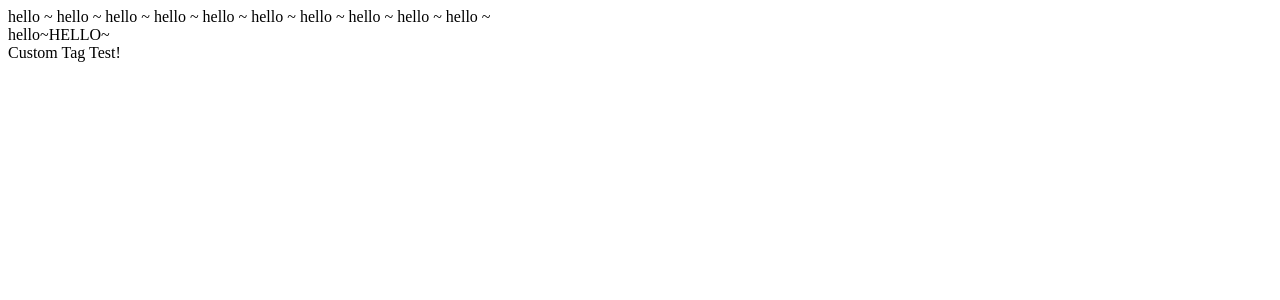
Repository: 1ilsang/17_study_compilation
Page: http://localhost/edu/example24.jsp
These files come from the project's save history. The page is drawn as it stood at one moment and after the next save; the edit follows.
The browser window is 1280 px wide. The pictures show the whole page.
The page is served by Tomcat 9. Other server files are loaded and not shown.

Above is the page before, as saved 2017-05-29 14:18:01.

### FirstServlet/edu/WebContent/example24.jsp
<%@ page language="java" contentType="text/html; charset=UTF-8"
    pageEncoding="UTF-8"%>
<%@ taglib prefix="my2" uri="http://myTags2.com" %>
<!DOCTYPE html PUBLIC "-//W3C//DTD HTML 4.01 Transitional//EN" "http://www.w3.org/TR/html4/loose.dtd">
<html>
<head>
<meta http-equiv="Content-Type" content="text/html; charset=UTF-8">
<title>Insert title here</title>
</head>
<body>
	<my2:second> hello ~ </my2:second><br>
	<my2:third>hello~</my2:third>
	<br> Custom Tag Test!
</body>
</html>

### FirstServlet/edu/src/com/edu/customTag/MyCustomTag2.java
package com.edu.customTag;

import java.io.IOException;

import javax.servlet.jsp.JspException;
import javax.servlet.jsp.tagext.SimpleTagSupport;
import javax.servlet.jsp.tagext.TagExtraInfo;

public class MyCustomTag2 extends SimpleTagSupport{
	@Override
	public void doTag() throws JspException, IOException {
		System.out.println("커스텀 태그의 바디가 실행되기 전");
		for(int i =0;i<10;i++) getJspBody().invoke(null);
		System.out.println("커스텀 태그의 바디가 실행된 후");
	}
}

### FirstServlet/edu/src/com/edu/customTag/MyCustomTag3.java
package com.edu.customTag;

import java.io.IOException;
import java.io.StringWriter;

import javax.servlet.jsp.JspContext;
import javax.servlet.jsp.JspException;
import javax.servlet.jsp.JspWriter;
import javax.servlet.jsp.tagext.JspFragment;
import javax.servlet.jsp.tagext.SimpleTagSupport;

public class MyCustomTag3 extends SimpleTagSupport{
@Override
public void doTag() throws JspException, IOException {
	JspContext context = this.getJspContext();
	JspWriter out = context.getOut();
	JspFragment body = this.getJspBody();

	body.invoke(null);

	StringWriter sw = new StringWriter();
	body.invoke(sw);

	String str = sw.toString();
	out.println(str.toUpperCase());

	return;
}
}

### FirstServlet/edu/src/com/edu/customTag/MyCustomTag4.java
package com.edu.customTag;

import java.io.IOException;

import javax.servlet.jsp.JspContext;
import javax.servlet.jsp.JspException;
import javax.servlet.jsp.JspWriter;
import javax.servlet.jsp.tagext.SimpleTagSupport;

public class MyCustomTag4 extends SimpleTagSupport {

	private int num1;
	private int num2;

	public int getNum1() {
		return num1;
	}

	public void setNum1(int num1) {
		this.num1 = num1;
	}

	public int getNum2() {
		return num2;
	}

	public void setNum2(int num2) {
		this.num2 = num2;
	}

	@Override
	public void doTag() throws JspException, IOException {
		JspContext context = this.getJspContext();
		JspWriter out = context.getOut();

		out.println(num1 + " + " + num2 + " = " +(num1+num2));

	}
}

After the next save:
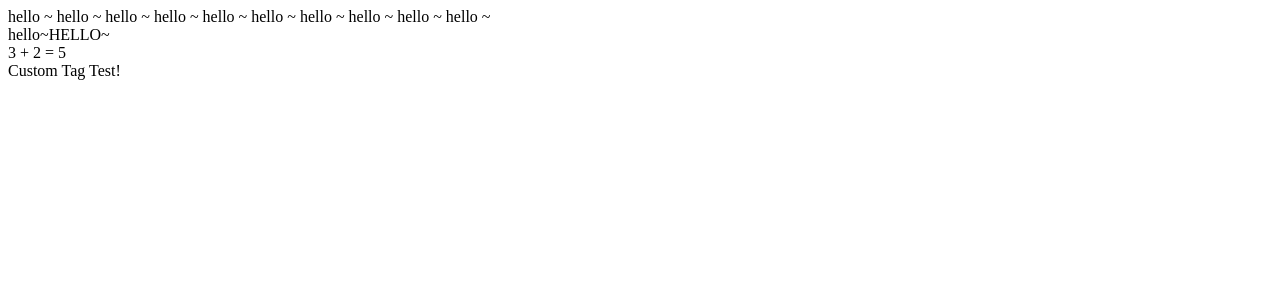
Saved 50 s later.
--- a/FirstServlet/edu/WebContent/example24.jsp
+++ b/FirstServlet/edu/WebContent/example24.jsp
@@ -9,7 +9,8 @@
 </head>
 <body>
 	<my2:second> hello ~ </my2:second><br>
-	<my2:third>hello~</my2:third>
+	<my2:third>hello~</my2:third><br>
+	<my2:fourth num2="2" num1="3"/>
 	<br> Custom Tag Test!
 </body>
 </html>
